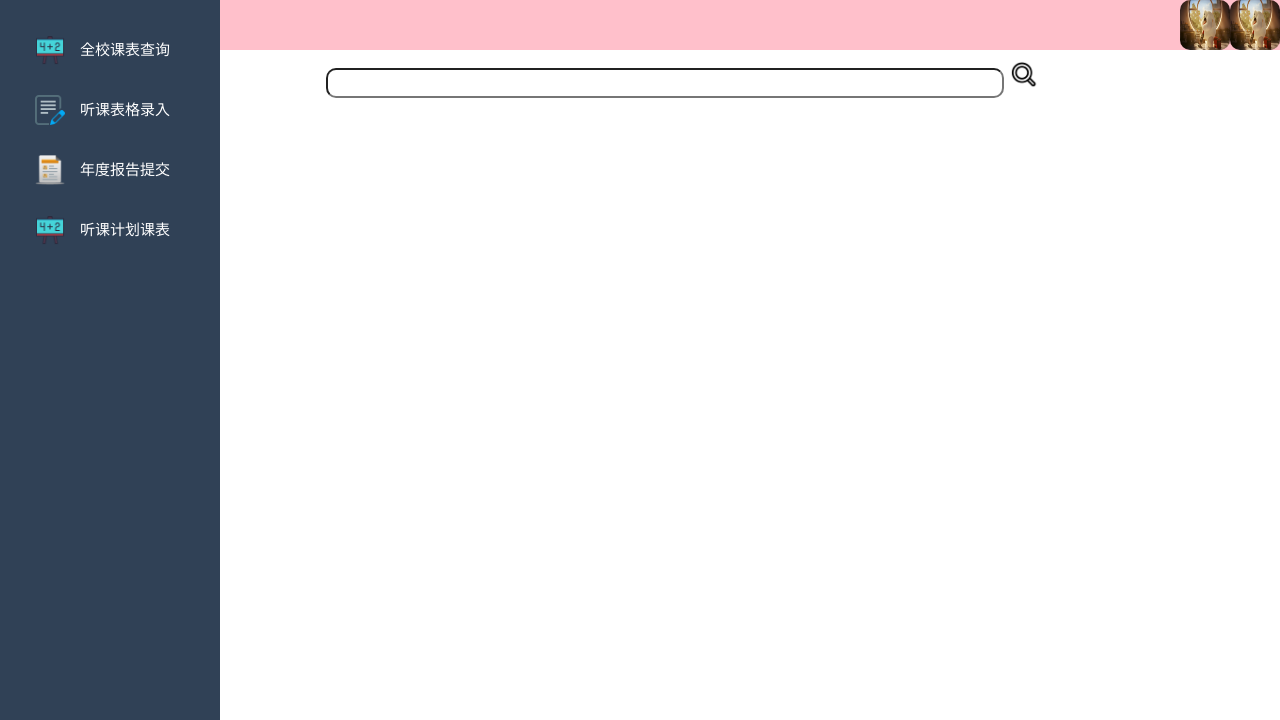
Repository: shandamengcheng/graduate-project
Page: /home
These files come from the project's save history. The page is drawn as it stood at one moment and after the next save; the edit follows.
The browser window is 1280 px wide. The pictures show the whole page.
The project was rebuilt for these pictures with package versions that can differ from the ones it lists, and the page was loaded fresh each time. Also part of the build but not shown: src/views/Login.vue.

Above is the page before, as saved 2021-03-12 21:37:05.

After the next save:
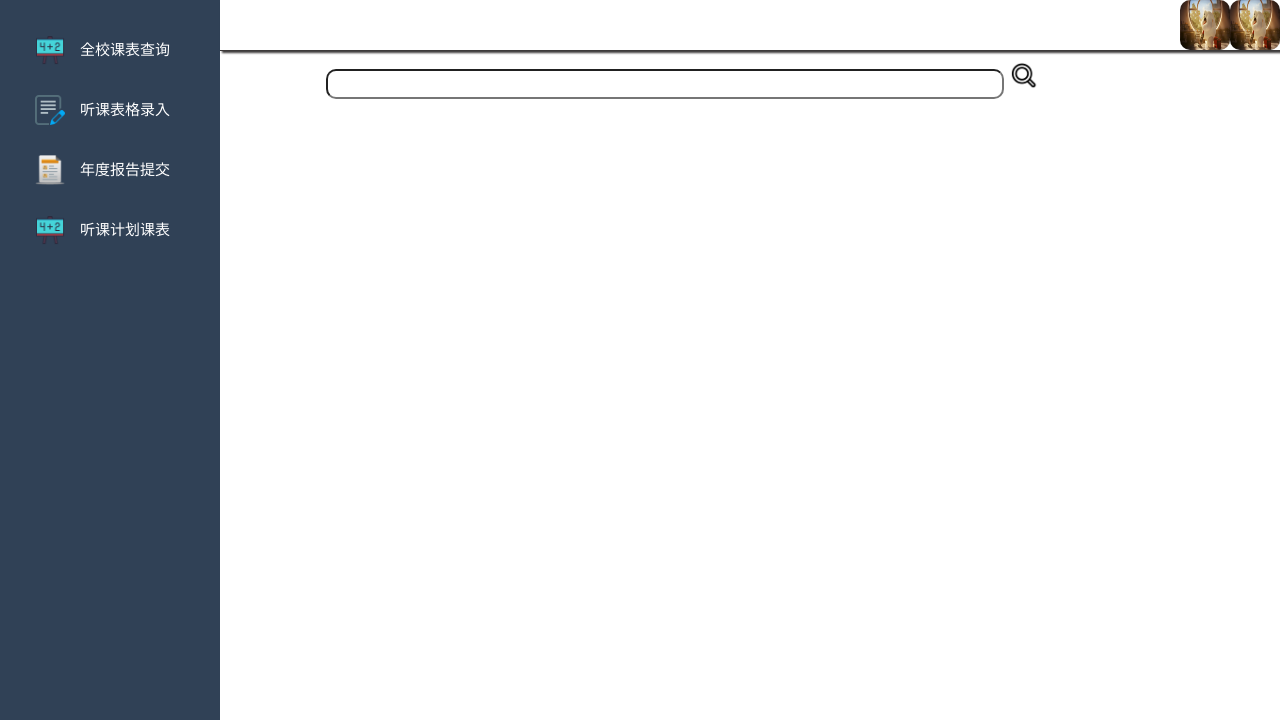
Saved 38 h 51 min later.
--- a/src/components/NavigationBar.vue
+++ b/src/components/NavigationBar.vue
@@ -15,9 +15,11 @@ export default {
 .navbar {
   width: 100%;
   height: 50px;
-  background: pink;
+  /* background: pink; */
   display: flex;
   justify-content: flex-end;
+  border-bottom: 1px solid rgb(61, 58, 58);
+  box-shadow: 2px 2px 2px rgb(61, 58, 58);
 }
 .navbar img {
   display: inline-block;
